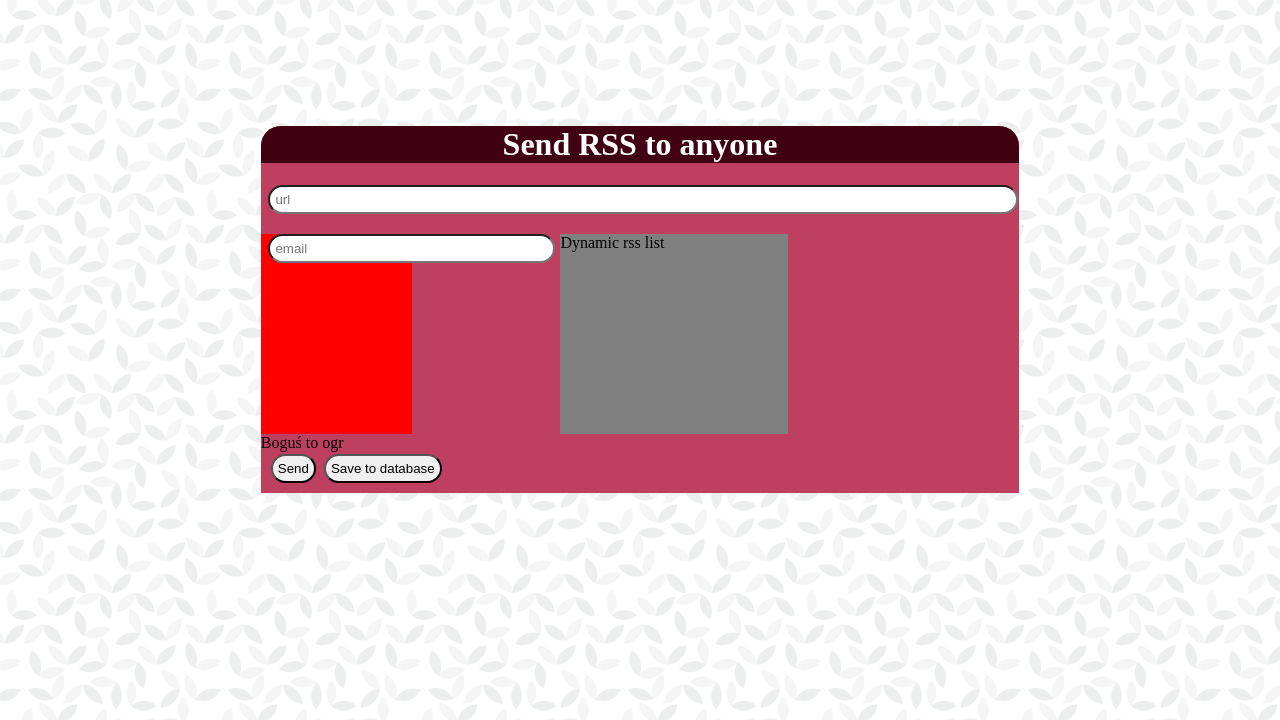
Repository: michalski9wsb/rss_final
Page: index.html
These files come from the project's save history. The page is drawn as it stood at one moment and after the next save; the edit follows.
The browser window is 1280 px wide. The pictures show the whole page.
Some web fonts or font styles are not loaded; a fallback is used.

Above is the page before, as saved 2020-03-08 10:26:41.

After the next save:
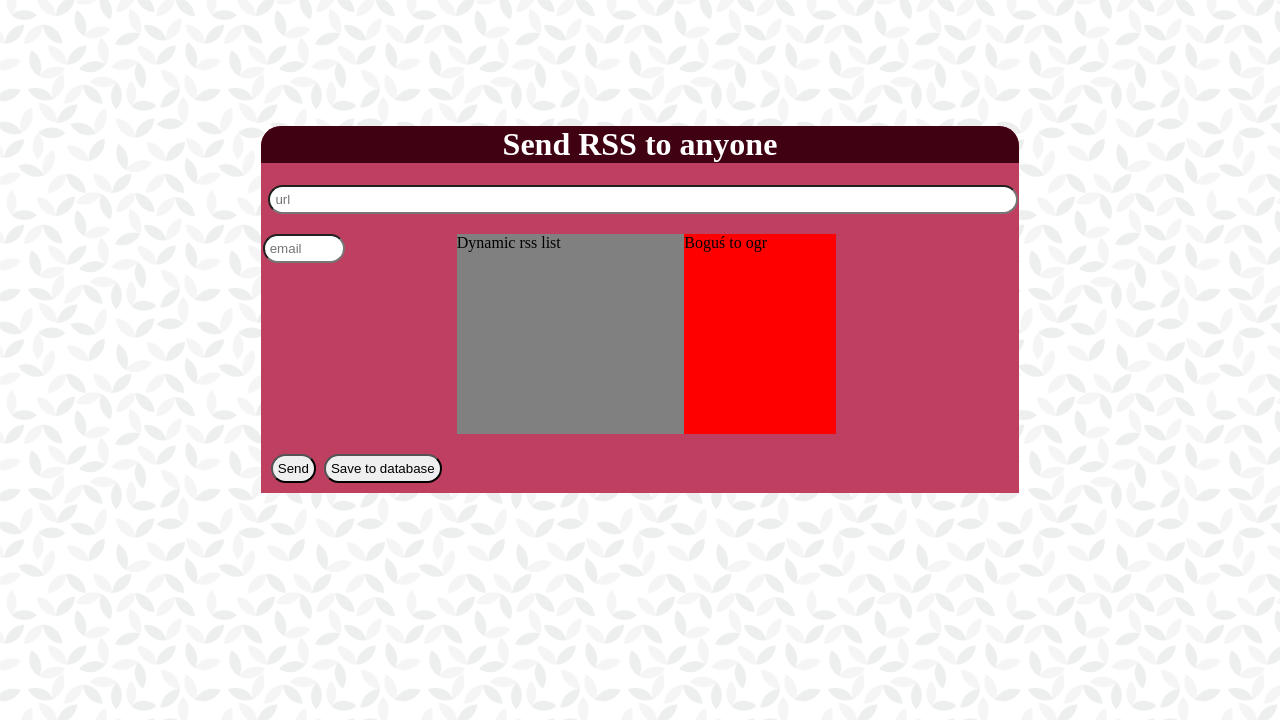
Saved 76 s later.
--- a/style.css
+++ b/style.css
@@ -33,7 +33,7 @@ button{
     margin-bottom: 10px;
 }
 #debug{
-    display: flex;
+
     background-color: gray;
     flex-direction: column;
     margin-left: 5px;
@@ -61,3 +61,6 @@ input#url{
     width: 100%;
     margin-top: 20px;
 }
+.email-flex{
+    display: flex;
+}
